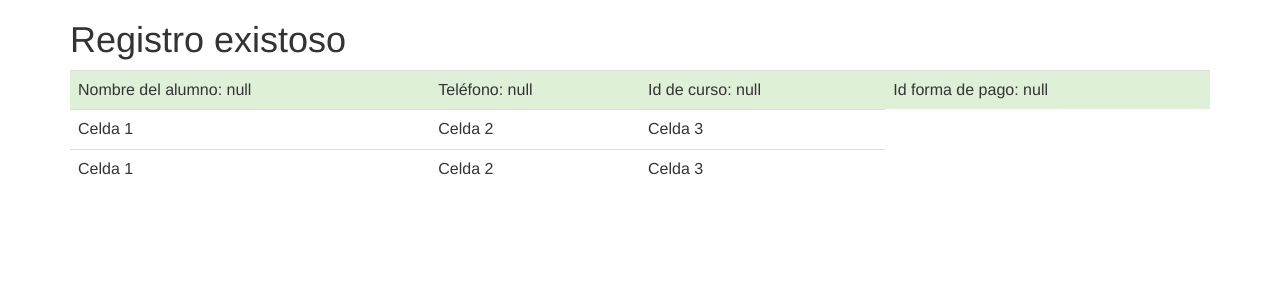
Repository: MarceArratia/ProyectosJava
Page: http://localhost/ListarInscripciones/preConfirmacion
An editor plug-in stored every save of this project. The page is shown before and after the next save, followed by the edit.
The browser window is 1280 px wide. The pictures show the whole page.
The page is served by Tomcat 9. Other server files are loaded and not shown.

Above is the page before, as saved 2020-07-29 00:40:36.

### ListarInscripciones/WebContent/confirmacion.jsp
<%@ page language="java" contentType="text/html; charset=UTF-8" pageEncoding="UTF-8"%>
<%

   String nombre = request.getParameter("nombre");
   String celular = request.getParameter("telefono");
   String idCurso = request.getParameter("idCurso");
   String idFormaDePago = request.getParameter("idFormaPago");
%>

<html>
<head>
<meta charset="ISO-8859-1">
<link rel="stylesheet" href="https://maxcdn.bootstrapcdn.com/bootstrap/3.4.0/css/bootstrap.min.css">
<script src="https://ajax.googleapis.com/ajax/libs/jquery/3.4.0/jquery.min.js"></script>
<script src="https://maxcdn.bootstrapcdn.com/bootstrap/3.4.0/js/bootstrap.min.js"></script>
<title>Confirmacion</title>
</head>
<body>
<div class="container">

   <h1>Registro existoso</h1>
   <table class="table">
   <tr class="table-active"><%= " " %>
<td class="bg-success">Nombre del alumno: <%=nombre%></td>
<td class="bg-success">Teléfono: <%=celular%></td>
<td class="bg-success">Id de curso: <%=idCurso%></td>
<td class="bg-success">Id forma de pago: <%=idFormaDePago%></td>
</tr>
<tr>
  <tr>

    <td>Celda 1</td>

    <td>Celda 2</td>

    <td>Celda 3</td>

  </tr>
    <tr>

    <td>Celda 1</td>

    <td>Celda 2</td>

    <td>Celda 3</td>

  </tr>
 </table>
</div>
</body>
</html>

### ListarInscripciones/src/com/desafiolatam/servlets/PreConfirmacion.java
package com.desafiolatam.servlets;

import java.io.IOException;

import javax.servlet.ServletException;
import javax.servlet.annotation.WebServlet;
import javax.servlet.http.HttpServlet;
import javax.servlet.http.HttpServletRequest;
import javax.servlet.http.HttpServletResponse;

@WebServlet("/preConfirmacion")
public class PreConfirmacion extends HttpServlet
{
   protected void doGet(HttpServletRequest request ,HttpServletResponse response)
		   								   throws ServletException
                                          ,IOException
   {
       // redirecciono el request a la pagina JSP
      request.getRequestDispatcher("confirmacion.jsp").forward(request, response);
   }
}

After the next save:
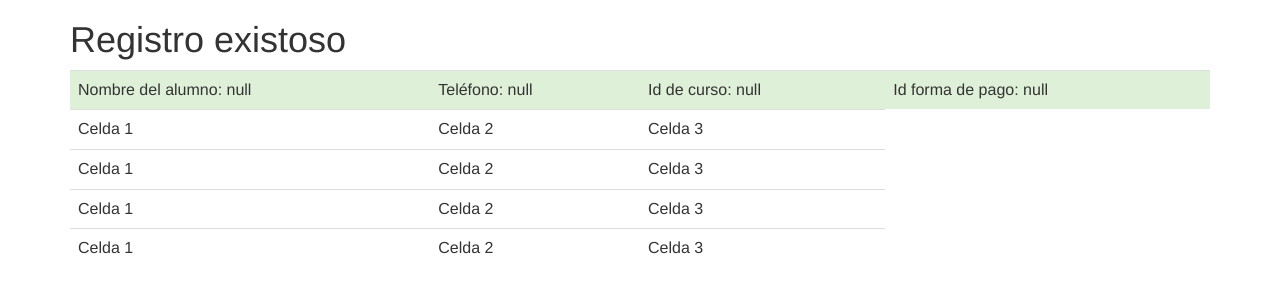
Saved 57 s later.
--- a/ListarInscripciones/WebContent/confirmacion.jsp
+++ b/ListarInscripciones/WebContent/confirmacion.jsp
@@ -43,6 +43,23 @@
     <td>Celda 2</td>
 
     <td>Celda 3</td>
+ </tr>
+   <tr>
+
+    <td>Celda 1</td>
+
+    <td>Celda 2</td>
+
+    <td>Celda 3</td>
+
+  </tr>
+    <tr>
+
+    <td>Celda 1</td>
+
+    <td>Celda 2</td>
+
+    <td>Celda 3</td>
 
   </tr>
  </table>
